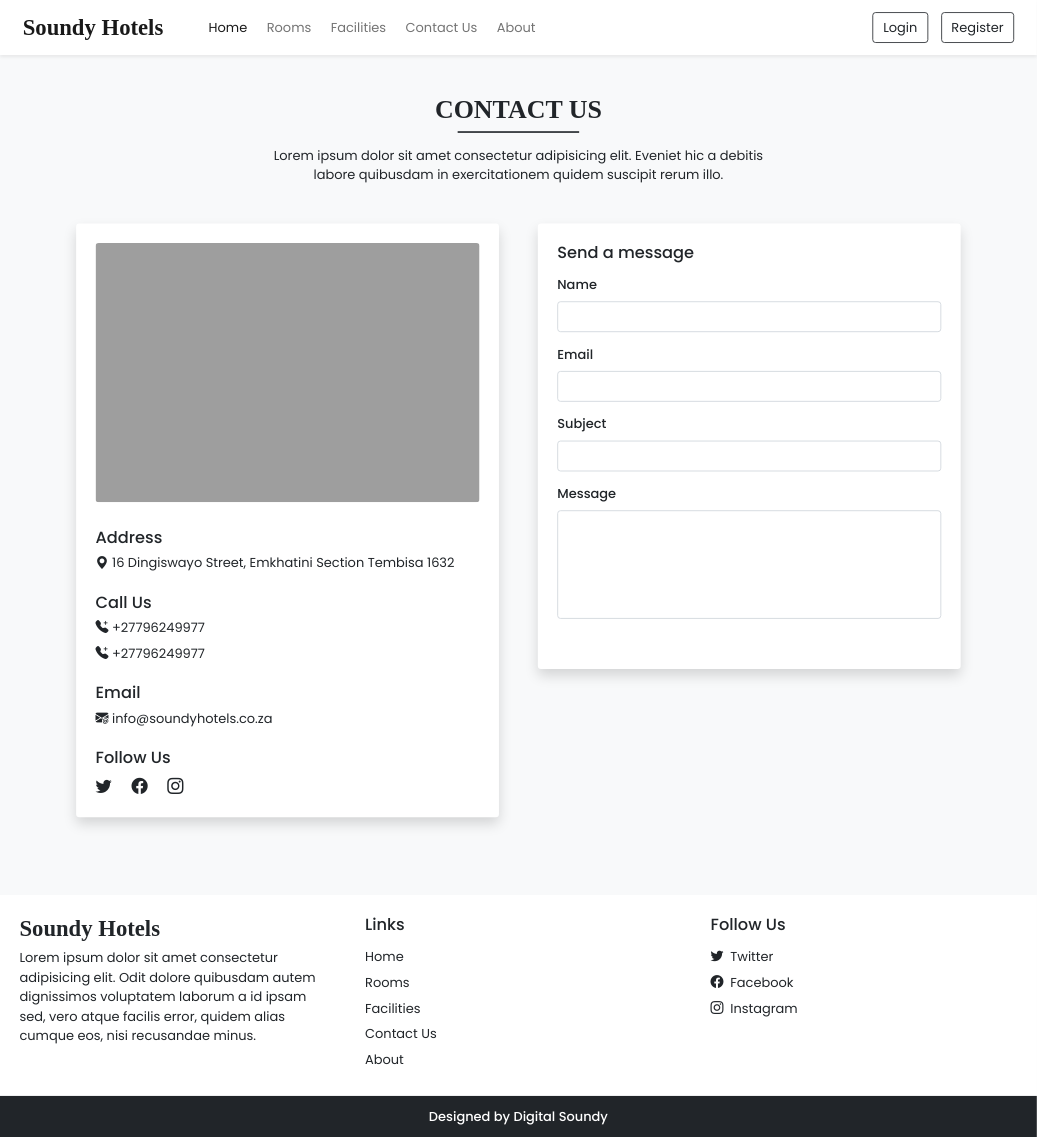
Repository: spencersoundy/Hotel-Booking-App
Page: http://localhost/contact.php
An editor plug-in stored every save of this project. The page is shown before and after a run of saves, followed by the edit.
The browser window is 1280 px wide. The pictures show the whole page, at 81% of full size.
Pictures or frames that could not be fetched are drawn as grey boxes. Some web fonts or font styles are not loaded; a fallback is used. The page is run by PHP 8.4 with error messages shown; the project is at /var/www/html/.

Above is the page before, as saved 2023-08-05 00:06:19.

### contact.php
<!DOCTYPE html>
<html lang="en">
<head>
    <meta charset="UTF-8">
    <meta http-equiv="X-UA-Compatible" content="IE=edge">
    <meta name="viewport" content="width=device-width, initial-scale=1.0">
    <title>Soundy Hotels - CONTACT</title>
    <?php require('inc/links.php') ?>
</head>
<body class="bg-light">

<?php require('inc/header.php') ?>

<div class="my-5 px-4">
    <h2 class="fw-bold h-font text-center">CONTACT US</h2>
    <div class="h-line bg-dark"></div>
    <p class="text-center mt-3">
        Lorem ipsum dolor sit amet consectetur adipisicing elit.
        Eveniet hic a debitis <br> labore quibusdam in exercitationem
        quidem suscipit rerum illo.
    </p>
</div>

<div class="container">
    <div class="row">
        <div class="col-lg-6 col-md-6 mb-5 px-4">
            <div class="bg-white rounded shadow p-4">
                <iframe class="w-100 rounded mb-4" height="320px" src="https://www.google.com/maps/embed?pb=!1m18!1m12!1m3!1d3585.708810342345!2d28.2120409827257!3d-26.010354497291896!2m3!1f0!2f0!3f0!3m2!1i1024!2i768!4f13.1!3m3!1m2!1s0x1e956bf2ad5976c9%3A0x6f9e0753eef116a!2s16%20Dingiswayo%20St%2C%20Emkantini%2C%20Tembisa%2C%201632!5e0!3m2!1sen!2sza!4v1691170736196!5m2!1sen!2sza" loading="lazy"></iframe>

                    <h5>Address</h5>
                <a href="https://goo.gl/maps/Av7G3xEeVXWeW6kQ6" target="_blank" class="d-line-block text-decoration-none text-dark mb-2">
                <i class="bi bi-geo-alt-fill"></i> 16 Dingiswayo Street, Emkhatini Section Tembisa 1632
                </a>

                <h5 class="mt-4">Call Us</h5>
                <a href="Tell: +27796249977" class="d-inline-block mb-2 text-decoration-none text-dark">
                    <i class="bi bi-telephone-plus-fill"></i> +27796249977
                </a>
                <br>
                <a href="Tell: +27796249977" class="d-inline-block text-decoration-none text-dark">
                    <i class="bi bi-telephone-plus-fill"></i> +27796249977
                </a>

                <h5 class="mt-4">Email</h5>
                <a href="mailto: info@soundyhotels.co.za" class="d-inline-block text-decoration-none text-dark">
                    <i class="bi bi-envelope-at-fill"></i> info@soundyhotels.co.za
                </a>

                <h5 class="mt-4">Follow Us</h5>
                <a href="#" class="d-inline-block text-dark fs-5 me-3">
                        <i class="bi bi-twitter me-1"></i>
                </a>
                <a href="#" class="d-inline-block text-dark fs-5 me-3">
                        <i class="bi bi-facebook me-1"></i>
                </a>
                <a href="#" class="d-inline-block">
                        <i class="bi bi-instagram me-1 text-dark fs-5"></i>
                </a>
            </div>
        </div>
        <div class="col-lg-6 col-md-6 px-4">
            <div class="bg-white rounded shadow p-4">
                <form>
                    <h5>Send a message</h5>
                    <div class="mt-3">
                        <label class="form-label"style="font-weight: 500;">Name</label>
                        <input type="text" class="form-control shadow-none">
                    </div>
                    <div class="mt-3">
                        <label class="form-label"style="font-weight: 500;">Email</label>
                        <input type="email" class="form-control shadow-none">
                    </div>
                    <div class="mt-3">
                        <label class="form-label"style="font-weight: 500;">Subject</label>
                        <input type="text" class="form-control shadow-none">
                    </div>
                    <div class="mt-3">
                        <label class="form-label"style="font-weight: 500;">Message</label>
                        <textarea class="form-control shadow-none" rows="5" style="resize: none;"></textarea>
                    </div>
                    <button type="submit" class="btn text-white cust shadow-none">SEND</button>
                </form>
            </div>
        </div>
    </div>
</div>

<?php require('inc/footer.php')?>

</body>
</html>

### inc/links.php
<link href="https://cdn.jsdelivr.net/npm/bootstrap@5.0.2/dist/css/bootstrap.min.css" rel="stylesheet" integrity="sha384-EVSTQN3/azprG1Anm3QDgpJLIm9Nao0Yz1ztcQTwFspd3yD65VohhpuuCOmLASjC" crossorigin="anonymous">
<link href="https://fonts.googleapis.com/css2?family=Merienda:wght@400;700&family=Poppins:wght@400;500;600&display=swap" rel="stylesheet">
<link rel="stylesheet" href="https://cdn.jsdelivr.net/npm/bootstrap-icons@1.10.5/font/bootstrap-icons.css">
<link rel="stylesheet" href="css/common.css"/>

### inc/header.php
<nav class="navbar navbar-expand-lg navbar-light bg-white px-lg-3 py-lg-2 shadow-sm sticky-top">
    <div class="container-fluid">
        <a class="navbar-brand me-5 fw-bold fs-3 h-font" href="index.php">Soundy Hotels</a>
        <button class="navbar-toggler shadow-none" type="button" data-bs-toggle="collapse" data-bs-target="#navbarSupportedContent" aria-controls="navbarSupportedContent" aria-expanded="false" aria-label="Toggle navigation">
        <span class="navbar-toggler-icon"></span>
        </button>
        <div class="collapse navbar-collapse" id="navbarSupportedContent">
        <ul class="navbar-nav me-auto mb-2 mb-lg-0">
            <li class="nav-item">
            <a class="nav-link active me-2" aria-current="page" href="index.php">Home</a>
            </li>
            <li class="nav-item">
            <a class="nav-link me-2" href="#">Rooms</a>
            </li>
            <li class="nav-item">
            <a class="nav-link me-2" href="facilities.php">Facilities</a>
            </li><li class="nav-item">
            <a class="nav-link me-2" href="contact.php">Contact Us</a>
            </li><li class="nav-item">
            <a class="nav-link" href="about.php">About</a>
            </li>
        </ul>
        <div class="d-flex">
            <button type="button" class="btn btn-outline-dark shadow-none me-lg-3 me-2" data-bs-toggle="modal" data-bs-target="#loginModal">
                Login
            </button>
            <button type="button" class="btn btn-outline-dark shadow-none" data-bs-toggle="modal" data-bs-target="#registerModal">
                Register
            </button>
        </div>
        </div>
    </div>
    </nav>

    <div class="modal fade" id="loginModal" data-bs-backdrop="static" data-bs-keyboard="false" tabindex="-1" aria-labelledby="staticBackdropLabel" aria-hidden="true">
        <div class="modal-dialog">
            <div class="modal-content">
                <form>
                    <div class="modal-header">
                        <h5 class="modal-title d-flex align-items-center">
                            <i class="bi bi-person-circle fs-3 me-2"></i> User Login
                        </h5>
                        <button type="reset" class="btn-close shadow-none" data-bs-dismiss="modal" aria-label="Close"></button>
                    </div>
                    <div class="modal-body">
                    <div class="mb-3">
                        <label class="form-label">Email address</label>
                        <input type="email" class="form-control shadow-none">
                    </div>
                    <div class="mb-4">
                        <label class="form-label">Password</label>
                        <input type="password" class="form-control shadow-none">
                    </div>
                        <div class="d-flex align-items-center justify-content-between mb-2">
                            <button type="submit" class="btn btn-dark shadow-none">LOGIN</button>
                            <a href="javascript: void(0)" class="text-secondary text-decoration-none">Forgot Password?</a>
                        </div>
                    </div>
                </form>
            </div>
        </div>
    </div>

    <div class="modal fade" id="registerModal" data-bs-backdrop="static" data-bs-keyboard="false" tabindex="-1" aria-labelledby="staticBackdropLabel" aria-hidden="true">
        <div class="modal-dialog modal-lg">
            <div class="modal-content">
                <form>
            <div class="modal-header">
                <h5 class="modal-title d-fle align-items-center">
                    <i class="bi bi-person-lines-fill fs-3 me-2"></i> User Registration
                </h5>
                <button type="reset" class="btn-close shadow-none" data-bs-dismiss="modal" aria-label="Close"></button>
            </div>
            <div class="modal-body">
                <span class="badge rounded-pill bg-light text-dark mb-3 text-wrap lh-base">
                    Note: Your details must match with your ID (ID book/card, passport, drivers license, etc.)
                    that will be required during check-in.
                </span>
                <div class="container-fluid">
                    <div class="row">
                        <div class="col-md-6 ps-0 mb-3">
                            <label class="form-label">Name</label>
                            <input type="text" class="form-control shadow-none">
                        </div>
                        <div class="col-md-6 p-0 mb-3">
                            <label class="form-label">Email</label>
                            <input type="email" class="form-control shadow-none">
                        </div>
                        <div class="col-md-6 ps-0 mb-3">
                            <label class="form-label">Phone Number</label>
                            <input type="number" class="form-control shadow-none">
                        </div>
                        <div class="col-md-6 p-0 mb-3">
                            <label class="form-label">Picture</label>
                            <input type="file" class="form-control shadow-none">
                        </div>
                        <div class="col-md-12 p-0 mb-3">
                            <label class="form-label">Address</label>
                            <textarea class="form-control shadow-none" rows="1"></textarea>
                        </div>
                        <div class="col-md-6 ps-0 mb-3">
                            <label class="form-label">Pincode</label>
                            <input type="number" class="form-control shadow-none">
                        </div>
                        <div class="col-md-6 p-0 mb-3">
                            <label class="form-label">Date of birth</label>
                            <input type="date" class="form-control shadow-none">
                        </div>
                        <div class="col-md-6 ps-0 mb-3">
                            <label class="form-label">Password</label>
                            <input type="password" class="form-control shadow-none">
                        </div>
                        <div class="col-md-6 p-0 mb-3">
                            <label class="form-label">Confirm Password</label>
                            <input type="password" class="form-control shadow-none">
                        </div>
                    </div>
                </div>
                <div class="text-center my-1">
                    <button type="submit" class="btn btn-dark shadow-none">REGISTER</button>
                </div>
            </div>
            </form>
            </div>
  </div>
</div>

### inc/footer.php
<div class="container-fluid bg-white mt-5">

        <div class="row">
            <div class="col-lg-4 p-4">
                <h3 class="h-font fw-bold fs-3 mb-2">Soundy Hotels</h3>
                <p>
                    Lorem ipsum dolor sit amet consectetur adipisicing elit.
                    Odit dolore quibusdam autem dignissimos voluptatem laborum a id ipsam sed,
                    vero atque facilis error, quidem alias cumque eos, nisi recusandae minus.
                </p>
            </div>
            <div class="col-lg-4 p-4">
                <h5 class="mb-3">Links</h5>
                <a href="#" class="d-inline-block mb-2 text-dark text-decoration-none">Home</a><br>
                <a href="#" class="d-inline-block mb-2 text-dark text-decoration-none">Rooms</a><br>
                <a href="#" class="d-inline-block mb-2 text-dark text-decoration-none">Facilities</a><br>
                <a href="#" class="d-inline-block mb-2 text-dark text-decoration-none">Contact Us</a><br>
                <a href="#" class="d-inline-block mb-2 text-dark text-decoration-none">About</a>
            </div>
            <div class="col-lg-4 p-4">
                <h5 class="mb-3">Follow Us</h5>
                <a href="#" class="d-inline-block text-dark text-decoration-none mb-2">
                    <i class="bi bi-twitter me-1"></i> Twitter
                </a><br>
                <a href="#" class="d-inline-block text-dark text-decoration-none mb-2">
                    <i class="bi bi-facebook me-1"></i> Facebook
                </a><br>
                <a href="#" class="d-inline-block text-dark text-decoration-none">
                    <i class="bi bi-instagram me-1"></i> Instagram
                </a><br>
            </div>
        </div>
    </div>
</div>

    <h6 class="text-center bg-dark text-white p-3 m-0">Designed by Digital Soundy</h6>

    <script src="https://cdn.jsdelivr.net/npm/bootstrap@5.0.2/dist/js/bootstrap.bundle.min.js" integrity="sha384-MrcW6ZMFYlzcLA8Nl+NtUVF0sA7MsXsP1UyJoMp4YLEuNSfAP+JcXn/tWtIaxVXM" crossorigin="anonymous"></script>

### css/common.css
:root{
    --teal: #2ec1ac;
    --teal_hover: #279e8c;
}

*{
    font-family: 'Poppins', sans-serif;
}
.h-font{
    font-family: 'Merienda', cursive;
}

input::-webkit-outer-spin-button,
input::-webkit-inner-spin-button {
-webkit-appearance: none;
margin: 0;
}

input[type=number] {
-moz-appearance: textfield;
}

.custom-bg{
    background-color: var(--teal);
    border: 1px solid var(--teal);
}
.custom-bg:hover{
    background-color: var(--teal_hover);
    border-color: var(--teal_hover);
}

.h-line{
    width: 150px;
    margin: 0 auto;
    height: 1.7px;
}

After the next 2 saves:
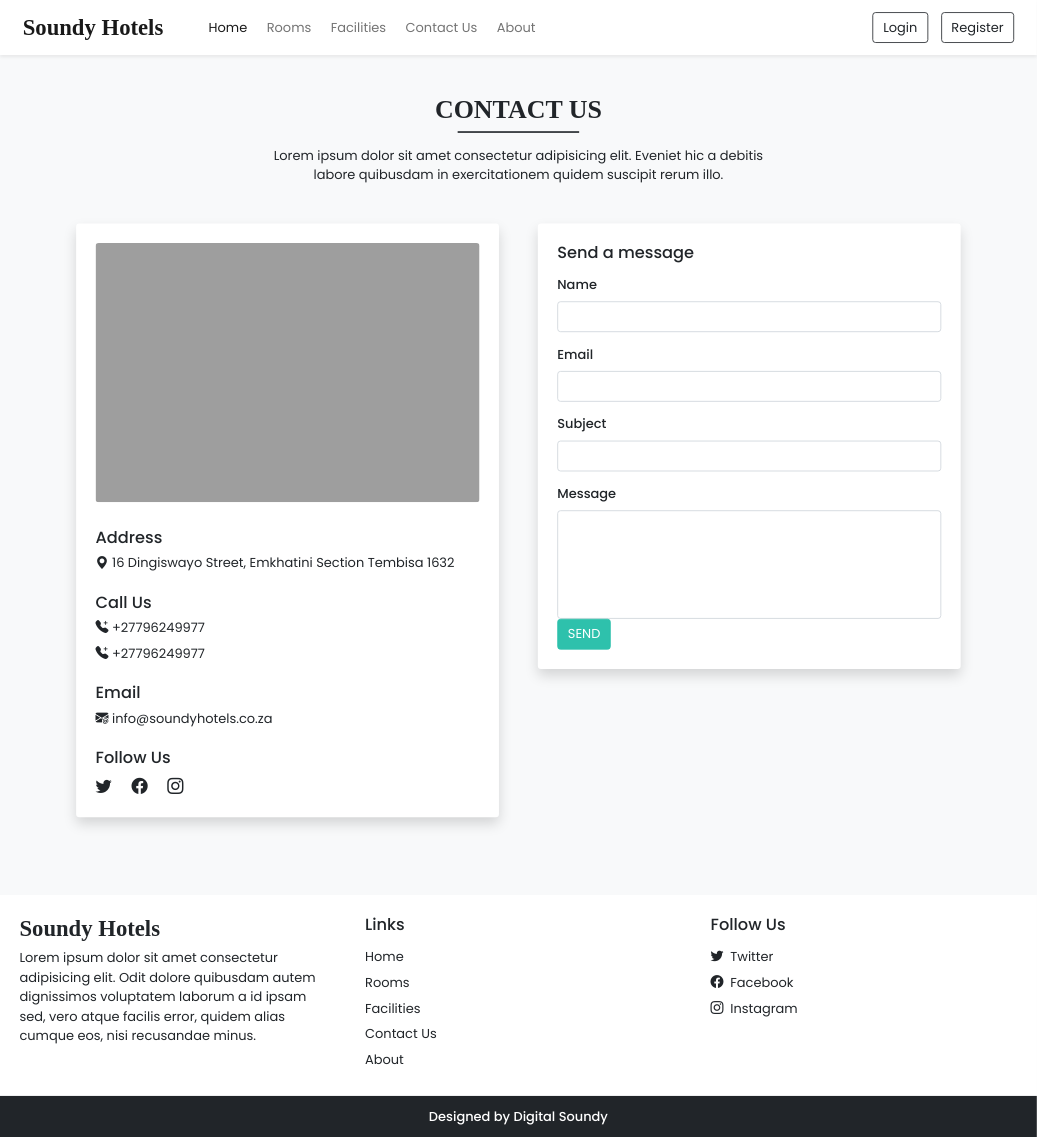
The 2 saves are shown as one change because they came seconds apart.
The last was saved 7 s later.
--- a/contact.php
+++ b/contact.php
@@ -78,7 +78,7 @@
                         <label class="form-label"style="font-weight: 500;">Message</label>
                         <textarea class="form-control shadow-none" rows="5" style="resize: none;"></textarea>
                     </div>
-                    <button type="submit" class="btn text-white cust shadow-none">SEND</button>
+                    <button type="submit" class="btn text-white custom-bg shadow-none">SEND</button>
                 </form>
             </div>
         </div>
